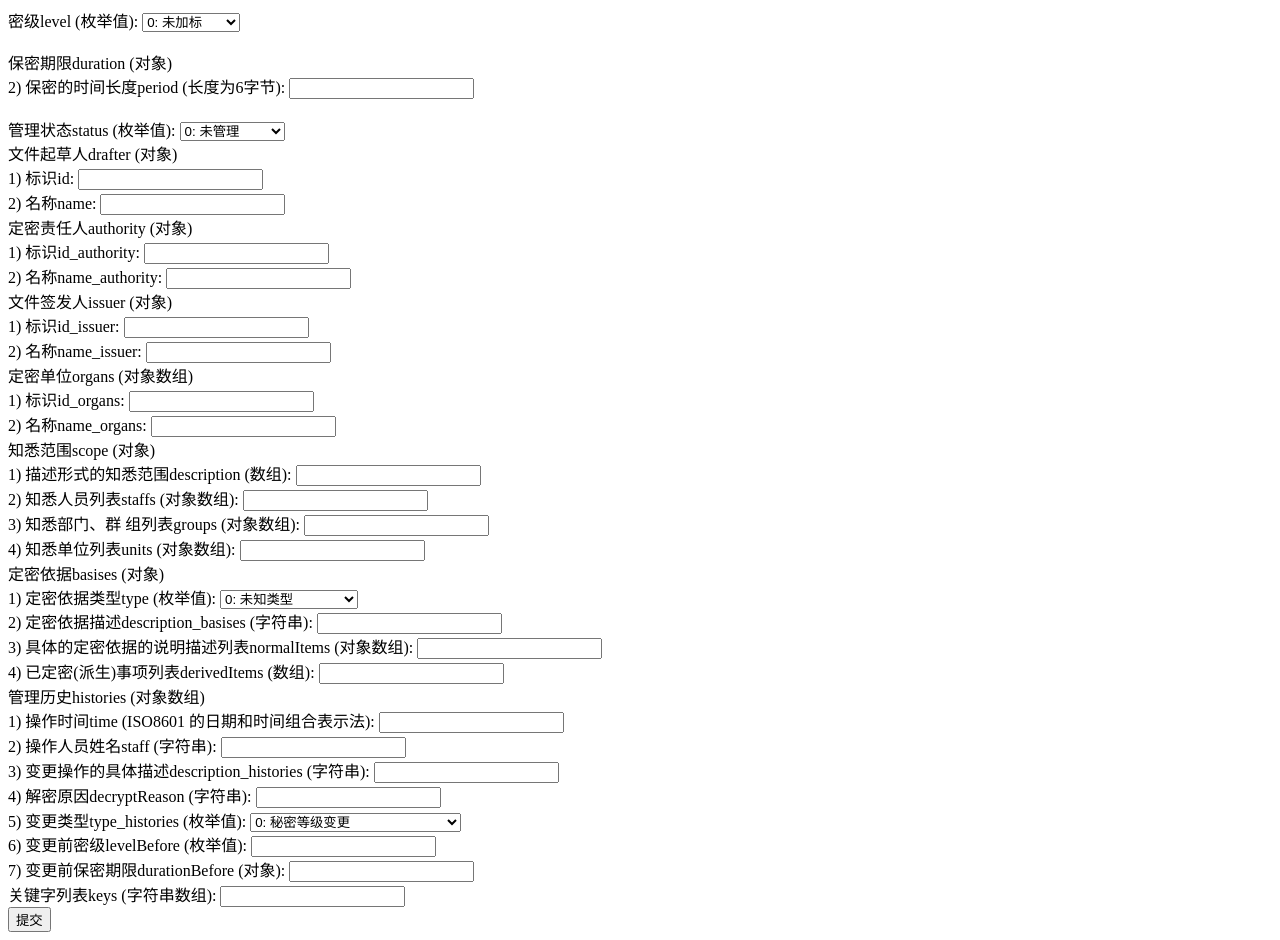
Repository: karlinglee93/eclipse-workspace
Page: jsp_test/WebContent/test_1.html
These files come from the project's save history. The page is drawn as it stood at one moment and after the next save; the edit follows.
The browser window is 1280 px wide. The pictures show the whole page.

Above is the page before, as saved 2018-07-05 01:46:14.

### jsp_test/WebContent/test_1.html
<!DOCTYPE html>
<html>
<head>
<meta charset="utf-8">
<title>Label</title>
</head>
<body>

<form action="main.jsp" method="GET">
密级level (枚举值):
<select name="level">
<option value="0">0: 未加标</option>
<option value="10">10: 国密公开</option>
<option value="11">11: 商密公开</option>
<option value="20">20: 国密内部</option>
<option value="21">21: 商密内部</option>
<option value="50">50: 普通商密</option>
<option value="80">80: 核心商密</option>
<option value="120">120: 秘密</option>
<option value="150">150: 机密</option>
<option value="180">180: 绝密</option>
</select>
<br />
<br />

保密期限duration (对象)
<br />
2) 保密的时间长度period (长度为6字节):
<input type="text" name="period" />
<br />
<br />

管理状态status (枚举值):
<select name="status">
<option value="0">0: 未管理</option>
<option value="20">20: 忽略</option>
<option value="50">50: 预定密</option>
<option value="80">80: 正式定密</option>
<option value="110">110: 文件签发</option>
<option value="140">140: 密级变更</option>
<option value="170">170: 文件解密</option>
</select>
<br />

文件起草人drafter (对象)
<br />
1) 标识id:
<input type="text" name="id" />
<br />
2) 名称name:
<input type="text" name="name" />
<br />

定密责任人authority (对象)
<br />
1) 标识id_authority:
<input type="text" name="id_authority" />
<br />
2) 名称name_authority:
<input type="text" name="name_authority" />
<br />

文件签发人issuer (对象)
<br />
1) 标识id_issuer:
<input type="text" name="id_issuer" />
<br />
2) 名称name_issuer:
<input type="text" name="name_issuer" />
<br />

定密单位organs (对象数组)
<br />
1) 标识id_organs:
<input type="text" name="id_organs" />
<br />
2) 名称name_organs:
<input type="text" name="name_organs" />
<br />

知悉范围scope (对象)
<!-- 不足之处：
	1）staffs/groups/units 为对象数组，其中都包含id & name。
 -->
<br />
1) 描述形式的知悉范围description (数组):
<input type="text" name="description" />
<br />
2) 知悉人员列表staffs (对象数组):
<input type="text" name="staffs" />
<br />
3) 知悉部门、群 组列表groups (对象数组):
<input type="text" name="groups" />
<br />
4) 知悉单位列表units (对象数组):
<input type="text" name="units" />
<br />

定密依据basises (对象)
<!-- 不足之处：
	1）normalItems 中包含id/name/level/duration/scope/keys。
 -->
<br />
1) 定密依据类型type (枚举值):
<select name="type">
<option value="0">0: 未知类型</option>
<option value="10">10: 确定性定密事项</option>
<option value="50">50: 不明确事项</option>
<option value="90">90: 无权定密事项</option>
<option value="130">130: 派生定密事项</option>
</select>
<br />
2) 定密依据描述description_basises (字符串):
<input type="text" name="description_basises" />
<br />
3) 具体的定密依据的说明描述列表normalItems (对象数组):
<input type="text" name="normalItems" />
<br />
4) 已定密(派生)事项列表derivedItems (数组):
<input type="text" name="derivedItems" />
<br />

管理历史histories (对象数组)
<!-- 不足之处：
	1）levelBefore/durationBefore 与先前的取值完全相同，
		是否可用同一个关键字替代。
 -->
<br />
1) 操作时间time (ISO8601 的日期和时间组合表示法):
<input type="text" name="time" />
<br />
2) 操作人员姓名staff (字符串):
<input type="text" name="staff" />
<br />
3) 变更操作的具体描述description_histories (字符串):
<input type="text" name="description_histories" />
<br />
4) 解密原因decryptReason (字符串):
<input type="text" name="decryptReason" />
<br />
5) 变更类型type_histories (枚举值):
<select name="type_histories">
<option value="0">0: 秘密等级变更</option>
<option value="1">1: 保密期限变更</option>
<option value="3">3: 秘密等级变更及保密期限变更</option>
</select>
<br />
6) 变更前密级levelBefore (枚举值):
<input type="text" name="levelBefore" />
<br />
7) 变更前保密期限durationBefore (对象):
<input type="text" name="durationBefore" />
<br />

关键字列表keys (字符串数组):
<input type="text" name="keys">
<br />

<input type="submit" value="提交" />
</form>
</body>
</html>

After the next save:
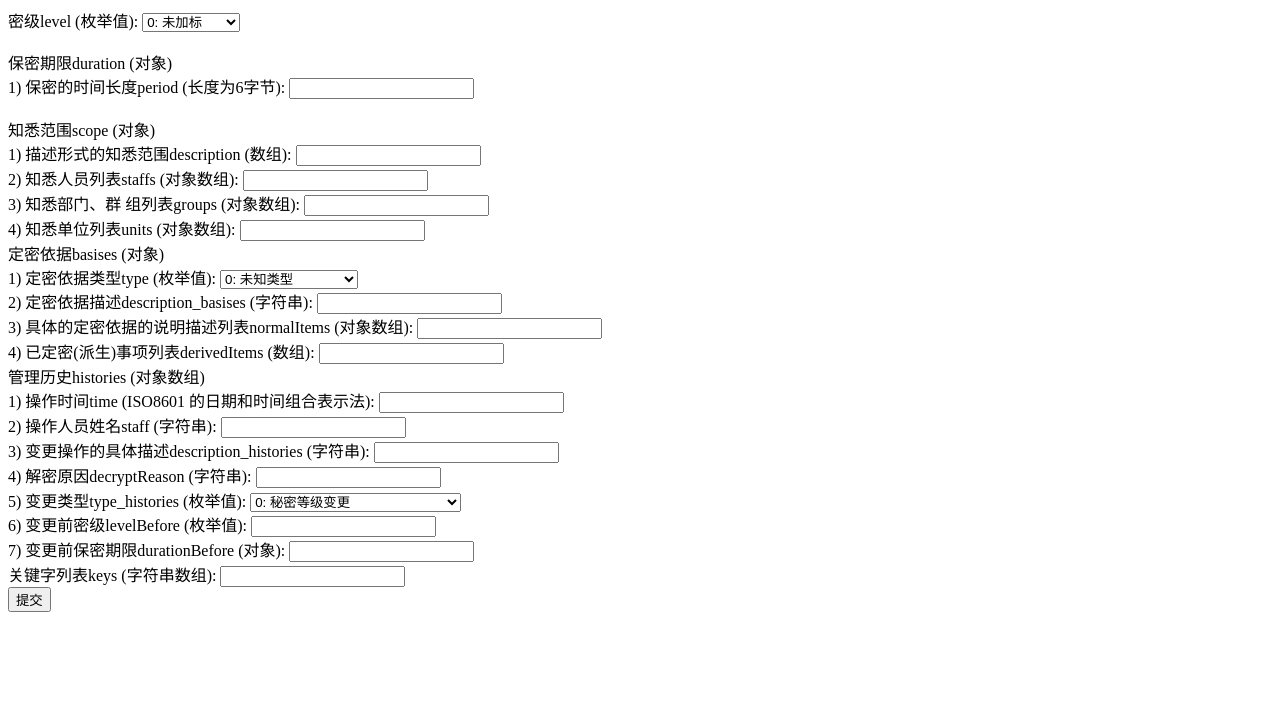
Saved 46 s later.
--- a/jsp_test/WebContent/test_1.html
+++ b/jsp_test/WebContent/test_1.html
@@ -25,57 +25,9 @@
 
 保密期限duration (对象)
 <br />
-2) 保密的时间长度period (长度为6字节):
+1) 保密的时间长度period (长度为6字节):
 <input type="text" name="period" />
 <br />
-<br />
-
-管理状态status (枚举值):
-<select name="status">
-<option value="0">0: 未管理</option>
-<option value="20">20: 忽略</option>
-<option value="50">50: 预定密</option>
-<option value="80">80: 正式定密</option>
-<option value="110">110: 文件签发</option>
-<option value="140">140: 密级变更</option>
-<option value="170">170: 文件解密</option>
-</select>
-<br />
-
-文件起草人drafter (对象)
-<br />
-1) 标识id:
-<input type="text" name="id" />
-<br />
-2) 名称name:
-<input type="text" name="name" />
-<br />
-
-定密责任人authority (对象)
-<br />
-1) 标识id_authority:
-<input type="text" name="id_authority" />
-<br />
-2) 名称name_authority:
-<input type="text" name="name_authority" />
-<br />
-
-文件签发人issuer (对象)
-<br />
-1) 标识id_issuer:
-<input type="text" name="id_issuer" />
-<br />
-2) 名称name_issuer:
-<input type="text" name="name_issuer" />
-<br />
-
-定密单位organs (对象数组)
-<br />
-1) 标识id_organs:
-<input type="text" name="id_organs" />
-<br />
-2) 名称name_organs:
-<input type="text" name="name_organs" />
 <br />
 
 知悉范围scope (对象)
